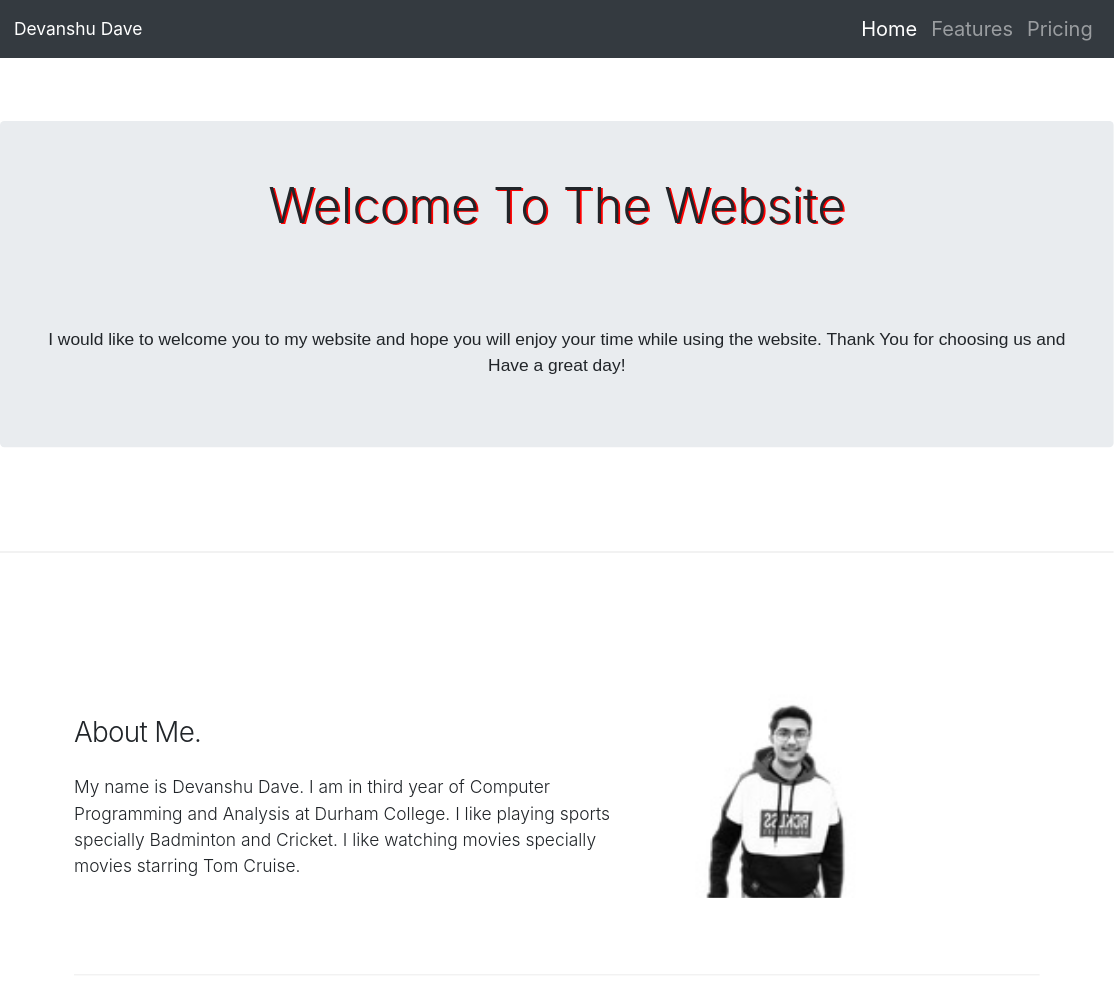
Repository: devanshudave1901/Mobile-Dev-Website
Page: index.html
These files come from the project's save history. The page is drawn as it stood at one moment and after the next save; the edit follows.
The browser window is 1280 px wide. The pictures show the whole page, at 87% of full size.
Some web libraries are served in a nearby version.

Above is the page before, as saved 2022-10-05 01:06:49.

After the next save:
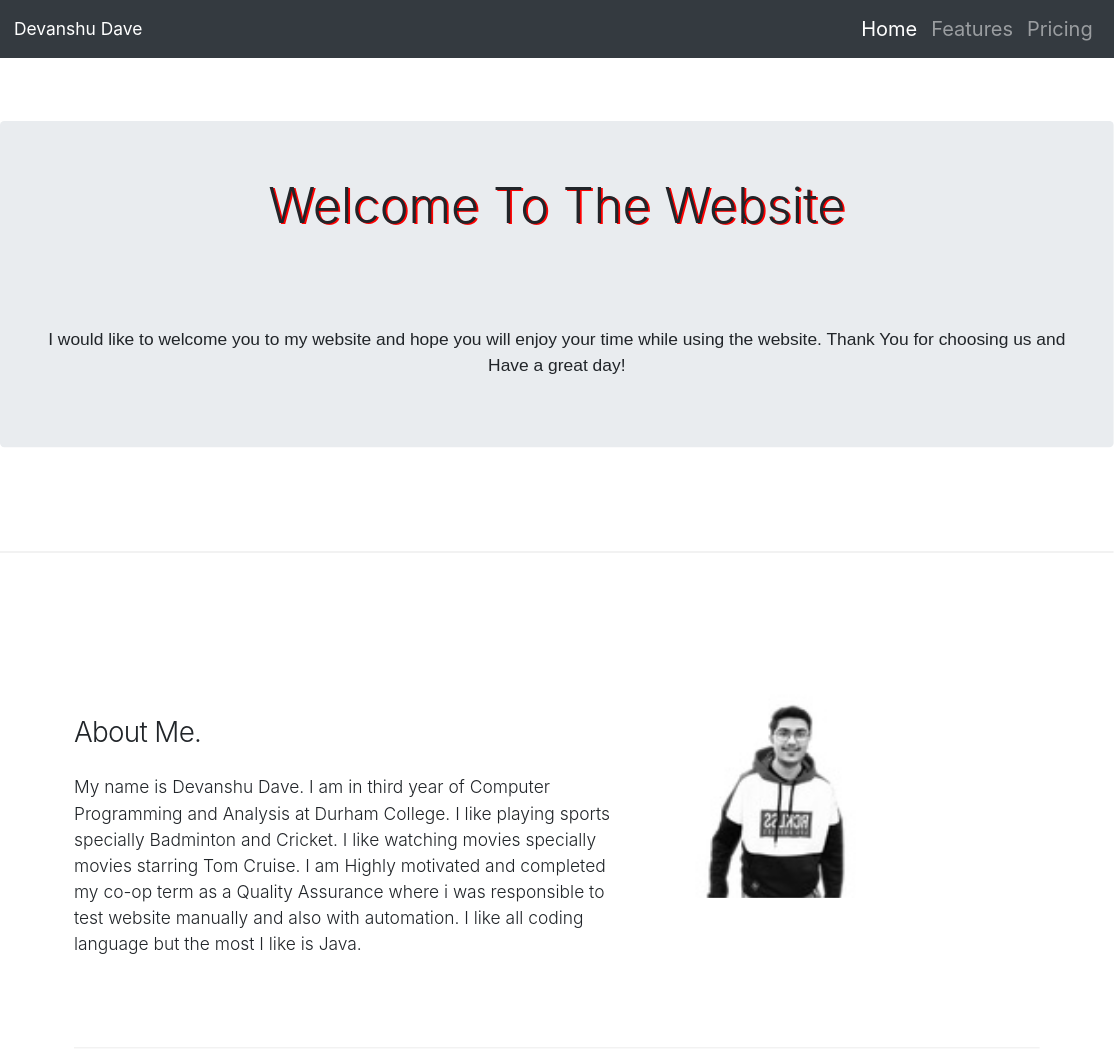
Saved 110 s later.
--- a/index.html
+++ b/index.html
@@ -105,7 +105,10 @@
             My name is Devanshu Dave. I am in third year of Computer Programming
             and Analysis at Durham College. I like playing sports specially
             Badminton and Cricket. I like watching movies specially movies
-            starring Tom Cruise.
+            starring Tom Cruise. I am Highly motivated and completed my co-op
+            term as a Quality Assurance where i was responsible to test website
+            manually and also with automation. I like all coding language but
+            the most I like is Java.
           </p>
         </div>
         <div class="col-md-5">
